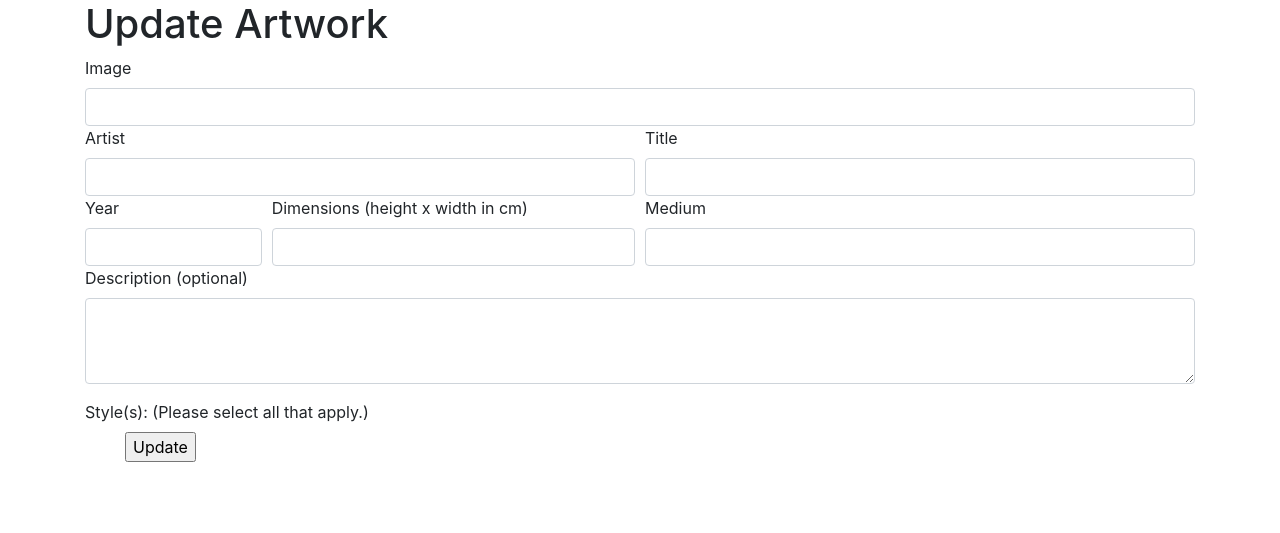
Repository: lynette-lyf/artwork-inventory
Page: templates/edit_artwork.template.html
The author's editor kept a record of every edit. The page is drawn from the files as they stood at one moment, then again after the next edit.
The browser window is 1280 px wide. The pictures show the whole page.
The page is served by the project's application, run on Flask 3 (app.py). The template is opened directly, without the code that normally fills it, so the values that code supplies are empty.

Above is the page before.

### templates/edit_artwork.template.html
<!doctype html>
<html lang="en">
  <head>
    <!-- Required meta tags -->
    <meta charset="utf-8">
    <meta name="viewport" content="width=device-width, initial-scale=1, shrink-to-fit=no">

    <!-- Bootstrap CSS -->
    <link rel="stylesheet" href="https://stackpath.bootstrapcdn.com/bootstrap/4.3.1/css/bootstrap.min.css" integrity="sha384-ggOyR0iXCbMQv3Xipma34MD+dH/1fQ784/j6cY/iJTQUOhcWr7x9JvoRxT2MZw1T" crossorigin="anonymous">

    <title>Add Artwork</title>
  </head>
  <body>
    <div class='container'>
        <h1>Update Artwork</h1>
        <form class='form' method="POST">
          <div class='form-row'>
              <div class='col-12'>
                <label>Image</label>
                <input type='text' class='form-control' name='image' value='{{artworksAndConsigners["image"]}}' required/>
            </div>
            <div class='col-6'>
                <label>Artist</label>
                <input type='text' class='form-control' name='artist' value='{{artworksAndConsigners["artist"]}}' required/>
            </div>
            <div class='col-6'>
                <label>Title</label>
                <input type='text' class='form-control' name='title' value='{{artworksAndConsigners["title"]}}' required/>
            </div>
          </div>

          <div class='form-row'>
            <div class='col-2'>
                <label>Year</label>
                <input type='number' class='form-control' maxlength='4' min='1000' max='2019' name='year' value='{{artworksAndConsigners["year"]}}' required/>
            </div>
            <div class='col-4'>
                <label>Dimensions (height x width in cm)</label>
                <input type='text' class='form-control' name='dimensions' value='{{artworksAndConsigners["dimensions"]}}' required/>
            </div>
            <div class='col-6'>
                <label>Medium</label>
                <input type='text' class='form-control' name='medium' value='{{artworksAndConsigners["medium"]}}' required/>
            </div>
          </div>

            <div class='form-group'>
                <label>Description (optional)</label>
                <textarea class="form-control" rows="3" name='description'>{{artworksAndConsigners["description"]}}</textarea>
            </div>

            <label>Style(s): (Please select all that apply.)</label>

            <div class="form-check">
            {% for s in all_styles %}
            <input class="form-check-input" type='checkbox' value='{{s}}' id="type" name="type"
            {% if s in selected_type %} checked {%endif%}/>

            <label class="form-check-label" for="{{s}}">
              {{t}}
            </label>
            {% endfor %}


            <div class="form-check">
            {% for t in all_types %}
            <input class="form-check-input" type='checkbox' value='{{t}}' id="type" name="type"
            {% if t in selected_type %} checked {%endif%}/>

            <label class="form-check-label" for="{{t}}">
              {{t}}
            </label>

            {% endfor %}
            </form>


            <input type="submit" value="Update"/>
        </form>
    </div>

    <!-- Optional JavaScript -->
    <!-- jQuery first, then Popper.js, then Bootstrap JS -->
    <script src="https://code.jquery.com/jquery-3.3.1.slim.min.js" integrity="sha384-q8i/X+965DzO0rT7abK41JStQIAqVgRVzpbzo5smXKp4YfRvH+8abtTE1Pi6jizo" crossorigin="anonymous"></script>
    <script src="https://cdnjs.cloudflare.com/ajax/libs/popper.js/1.14.7/umd/popper.min.js" integrity="sha384-UO2eT0CpHqdSJQ6hJty5KVphtPhzWj9WO1clHTMGa3JDZwrnQq4sF86dIHNDz0W1" crossorigin="anonymous"></script>
    <script src="https://stackpath.bootstrapcdn.com/bootstrap/4.3.1/js/bootstrap.min.js" integrity="sha384-JjSmVgyd0p3pXB1rRibZUAYoIIy6OrQ6VrjIEaFf/nJGzIxFDsf4x0xIM+B07jRM" crossorigin="anonymous"></script>
  </body>
</html>

### app.py
from flask import Flask, render_template, request, redirect, url_for
import os
from bson import ObjectId
import re

import pymongo

MONGO_URI = os.getenv('MONGO_URI')
DATABASE_NAME = 'artworksAndConsigners'

conn = pymongo.MongoClient(MONGO_URI)

def get_connection():
    conn = pymongo.MongoClient(MONGO_URI)
    return conn

app = Flask(__name__)

@app.route('/')
def index():
    artworksAndConsigners = conn[DATABASE_NAME]['artworksAndConsigners'].find()
    return render_template('index.template.html', results=artworksAndConsigners)


# CREATE************************************************************************

@app.route('/add-artwork')
def show_add_artwork_form():
    return render_template('add_artwork.template.html')

@app.route('/add-artwork', methods=['POST'])
def process_add_artwork_form():
    image = request.form.get('image')
    artist = request.form['artist']
    title = request.form['title']
    year = request.form['year']
    dimensions = request.form['dimensions']
    medium = request.form['medium']
    description = request.form['description']

    # pass value as ARRAY
    type = request.form.getlist('type')

    conn = get_connection()
    conn[DATABASE_NAME]['artworksAndConsigners'].insert({
        "image" : image,
        "artist" : artist,
        "title" : title,
        "year" : year,
        "dimensions" : dimensions,
        "medium" : medium,
        "description" : description,

    # pass value as ARRAY
        "type" : type
    })

    # redirect back to root url
    return redirect("/")

# READ**************************************************************************

@app.route('/')
def search_index():
    search_terms = request.args.get('search-by')
    title = request.args.get('title')
    must_have = request.args.getlist('must-have')

    all_types = ['Abstract', 'Abstract Expressionist', 'Contemporary', 'Cubism', 'Expressionism', 'Figurative', 'Geometric', 'Minimalism', 'Modern', 'Nanyang', 'Pop Art', 'Realism', 'Renaissance', 'Surrealism']

    search_criteria = {}
    print (search_criteria)
    if search_terms is not None and search_terms is not "":
        search_criteria["title"] = re.compile(r'{}'.format(search_terms), re.I)

    if len(must_have) > 0:
        search_criteria['all_types'] = {
            '$all' : must_have
        }



    print (search_criteria)
    # # for display
    # if search_terms is None:
    #     search_terms =""

    if search_terms is None:
        search_terms = ""

    conn = get_connection()
    cursor = conn[DATABASE_NAME]["artworksAndConsigners"].find(search_criteria).limit(10)
    return render_template("index.template.html", results=cursor,
        search_terms=search_terms, title=title, all_types=all_types, must_have=must_have)

# UPDATE************************************************************************

@app.route('/edit-artwork/<artwork_id>')
def show_edit_artwork_form(artwork_id):
    conn = get_connection()
    artwork = conn[DATABASE_NAME]['artworksAndConsigners'].find_one({
        '_id': ObjectId(artwork_id)
    })

    results = artwork['type']
    all_styles = ['Abstract', 'Abstract Expressionist', 'Contemporary', 'Cubism', 'Expressionism', 'Figurative', 'Geometric', 'Minimalism', 'Modern', 'Nanyang', 'Pop Art', 'Realism', 'Renaissance', 'Surrealism']
    all_types = ['Acrylic', 'Canvas', 'Calligraphy', 'Ink', 'Installation', 'Fabric', 'Oil', 'Paper', 'Painting', 'Printmaking', 'Sculpture', 'Watercolour']

    return render_template('edit_artwork.template.html', artworksAndConsigners=artwork,
    selected_type = results, all_styles=all_styles, all_types=all_types)

@app.route("/edit-artwork/<artwork_id>", methods=['POST'])
def process_edit_artwork_form(artwork_id):
    image = request.form.get('image')
    artist = request.form['artist']
    title = request.form['title']
    year = request.form['year']
    dimensions = request.form['dimensions']
    medium = request.form['medium']
    description = request.form['description']
    type = request.form.getlist('type')

    conn = get_connection()
    conn[DATABASE_NAME]["artworksAndConsigners"].update({
        '_id': ObjectId(artwork_id)
    }, {
       "image" : image,
        "artist" : artist,
        "title" : title,
        "year" : year,
        "dimensions" : dimensions,
        "medium" : medium,
        "description" : description,
        "type": type
    })

    return redirect("/")


# DELETE************************************************************************

@app.route('/confirm-delete-artwork/<artwork_id>')
def confirm_delete_artwork(artwork_id):

    artwork = conn[DATABASE_NAME]["artworksAndConsigners"].find_one({
        '_id': ObjectId(artwork_id)
    }, {
        "title": 1,
        "artist": 1
    })

    return render_template('confirm_delete_artwork.template.html', artworksAndConsigners=artwork)

@app.route('/delete-artwork/<artwork_id>')
def delete_artwork(artwork_id):
    conn[DATABASE_NAME]["artworksAndConsigners"].delete_one({
        '_id': ObjectId(artwork_id)
    })

    return redirect('/')

# "magic code" -- boilerplate
if __name__ == '__main__':
    app.run(host=os.environ.get('IP'),
    port=int(os.environ.get('PORT')),
    debug=True)

After the next edit:
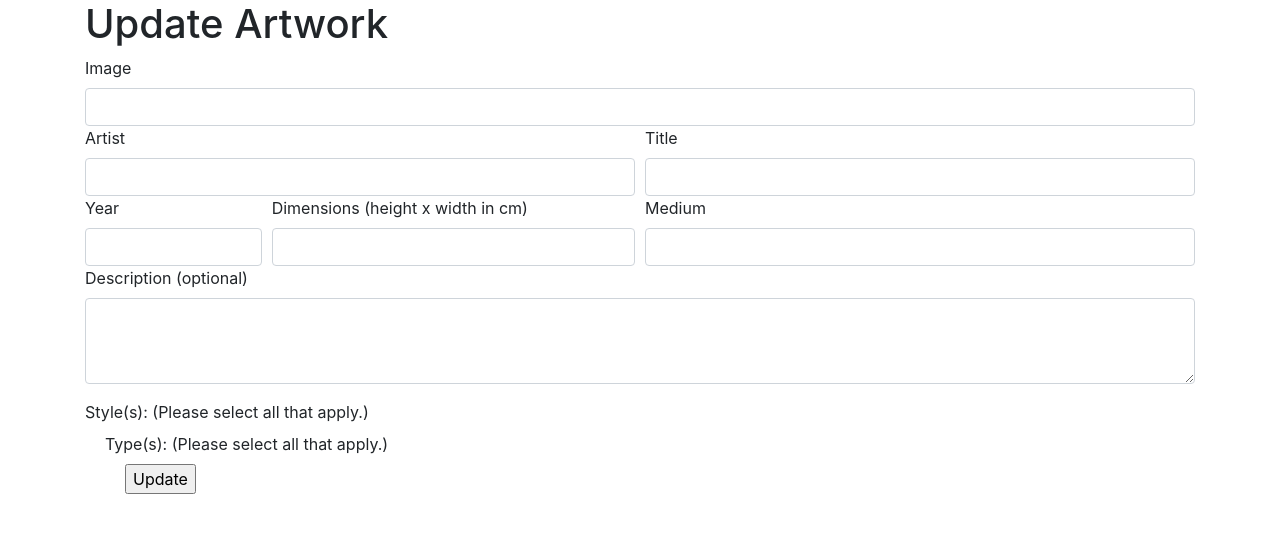
The edit:
--- a/templates/edit_artwork.template.html
+++ b/templates/edit_artwork.template.html
@@ -61,6 +61,7 @@
             </label>
             {% endfor %}
 
+            <label>Type(s): (Please select all that apply.)</label>
 
             <div class="form-check">
             {% for t in all_types %}
